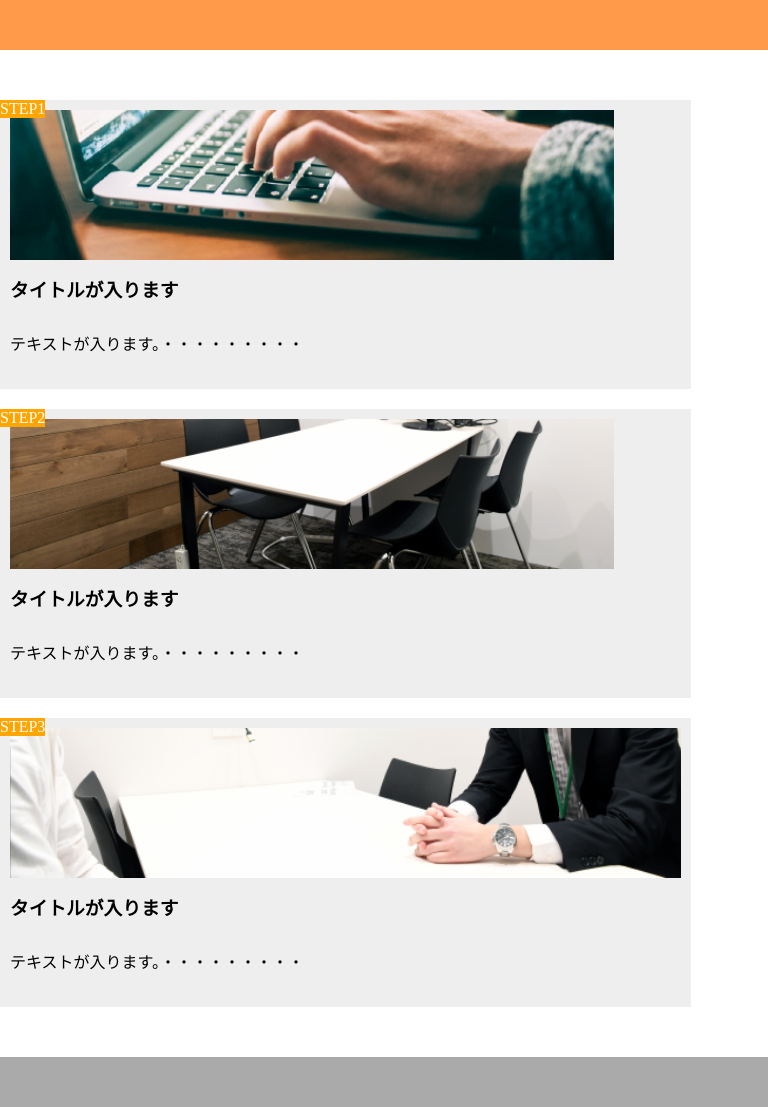
Repository: hahumanhugou/test1
Page: test1/test1.html
The author's editor kept a record of every edit. The page is drawn from the files as they stood at one moment, then again after the next edit.
The browser window is 768 px wide. The pictures show the whole page.
Some web libraries are served in a nearby version.

Above is the page before.

### test1/test1.html
<!DOCTYPE html>
<html lang="ja">
  <head>
    <meta charset="UTF-8" />
    <meta name="viewport" content="width=device-width,initial-scale=1.0">
     <script src="https://kit.fontawesome.com/13adee6c96.js" crossorigin="anonymous"></script>
    <!-- CSSファイルの読み込み -->
    <link rel="stylesheet" href="test1.css" />
    <title>確認課題１</title>
  </head>

  <body>
    <!-- header -->
    <header>  </header>
      <div class="largebox">
        <div class="box">
         <div class="image"></div>
          <h3 class="title">タイトルが入ります</h3>
          　<p class="text">テキストが入ります。・・・・・・・・・ </p>
          　　<div class="step"><font color="white">STEP1</font></div>
          </div>
            <div class="box">
         <div class="image2"></div>
          <h3 class="title">タイトルが入ります</h3>
          　<p class="text">テキストが入ります。・・・・・・・・・ </p>
          　　<div class="step"><font color="white">STEP2</font></div>
          </div>
            <div class="box">
         <div class="image3"></div>
          <h3 class="title">タイトルが入ります</h3>
          　<p class="text">テキストが入ります。・・・・・・・・・ </p>
          　　<div class="step"><font color="white">STEP3</font></div>
          </div>



        </div>
    <footer></footer>
 </body>
</html>

### test1/test1.css
* {
  box-sizing: border-box;
  margin: 0;
  padding: 0;
}

header {
  height: 50px;
  background-color: #ff9a4b;
}


.largebox{
  width: 960px;
  margin: 50px auto;
  display: flex;
}

.box{
  width: 300px;
  margin-right: 30px;
  padding: 10px;
  position: relative;
  background-color: #eee;
}

.step-box:last-child {
  margin-right: 0;
}
.image{
  background-image: url(img/flow01.png);
  height: 150px;
  background-position: bottom;
  background-size: cover;
}

.image2{
  background-image: url(img/flow02.png);
  height: 150px;
  background-position: bottom;
  background-size: cover;
}
.image3{
  background-image: url(img/flow03.png);
  height: 150px;
  background-position: bottom;
  background-size: cover;
}

.title{
 margin: 15px 0 5px;
}


.step{
 position: absolute;
 background-color: orange;
 top: 0;
 left: 0;
}

footer {
  height: 50px;
  background-color: #aaa;
}

@media screen and (max-width:768px) {
.largebox{
  width: 100%;
  margin: 50px auto;
  display: block;
}

.box{
  width: 90%;
  margin-bottom: 20px;

}

.step-box:last-child {
  margin-bottom:  0;
}
.image{
 width: 90%;
}

.image2{
 width: 90%
}
.image3{
  background-image: url(img/flow03.png);
  height: 150px;
  background-position: bottom;
  background-size: cover;
}

.title{
 margin: 15px 0 5px;
}


.step{
 position: absolute;
 background-color: orange;
 top: 0;
 left: 0;
}

}

After the next edit:
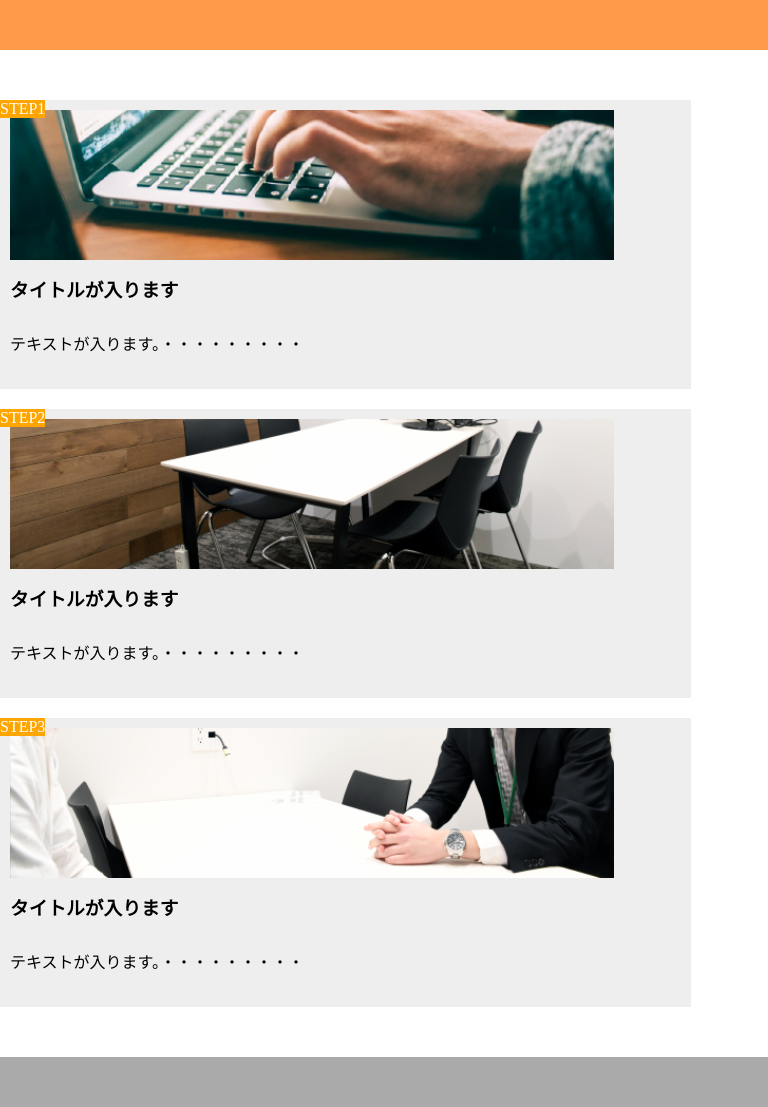
The edit:
--- a/test1/test1.css
+++ b/test1/test1.css
@@ -88,10 +88,7 @@
  width: 90%
 }
 .image3{
-  background-image: url(img/flow03.png);
-  height: 150px;
-  background-position: bottom;
-  background-size: cover;
+ width: 90%;
 }
 
 .title{
